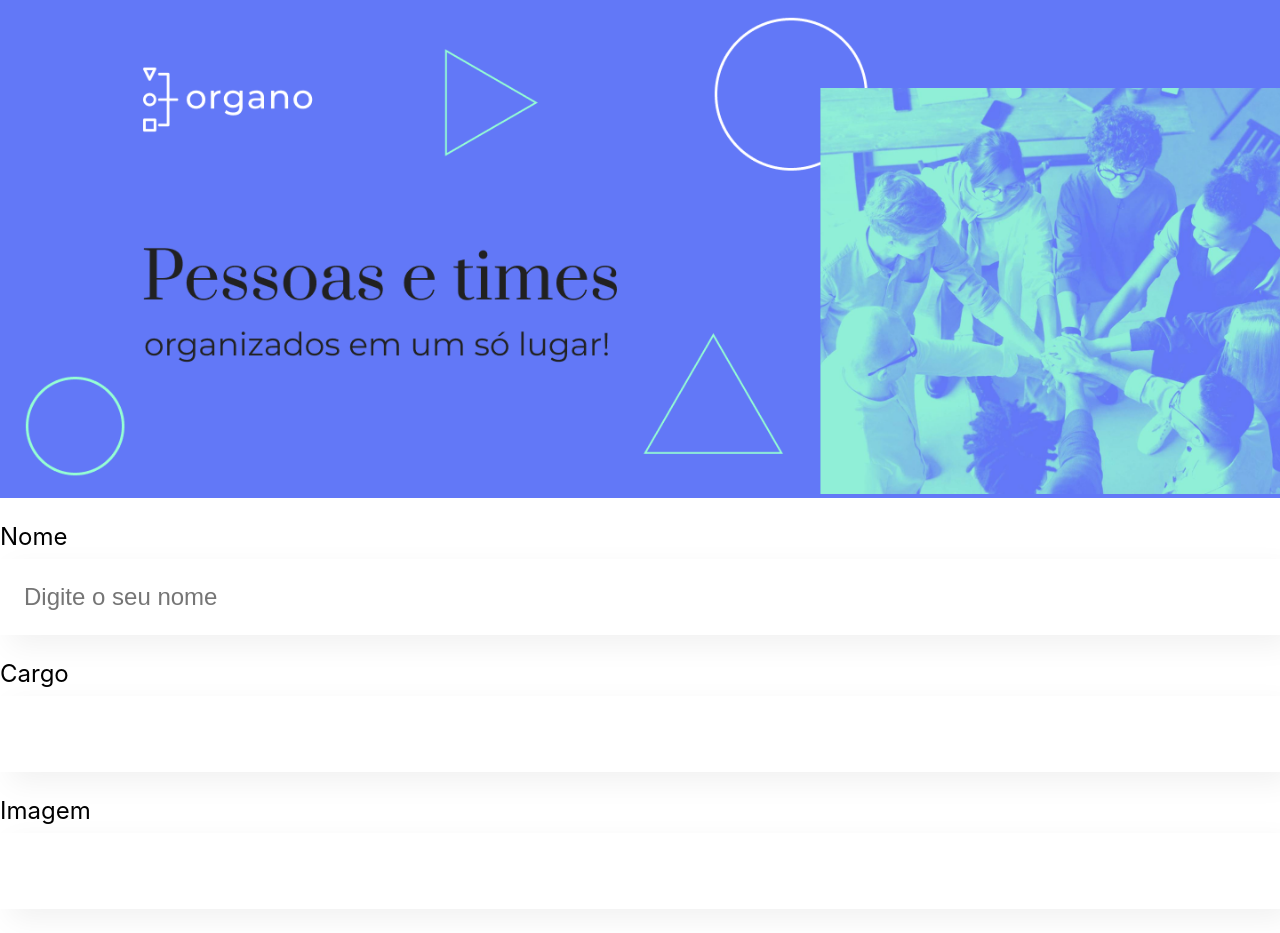
Repository: devMuriloOliveira/organo
Page: /
These files come from the project's save history. The page is drawn as it stood at one moment and after the next save; the edit follows.
The browser window is 1280 px wide. The pictures show the whole page.
The project was rebuilt for these pictures with package versions that can differ from the ones it lists, and the page was loaded fresh each time.

Above is the page before, as saved 2023-01-10 18:43:18.

After the next save:
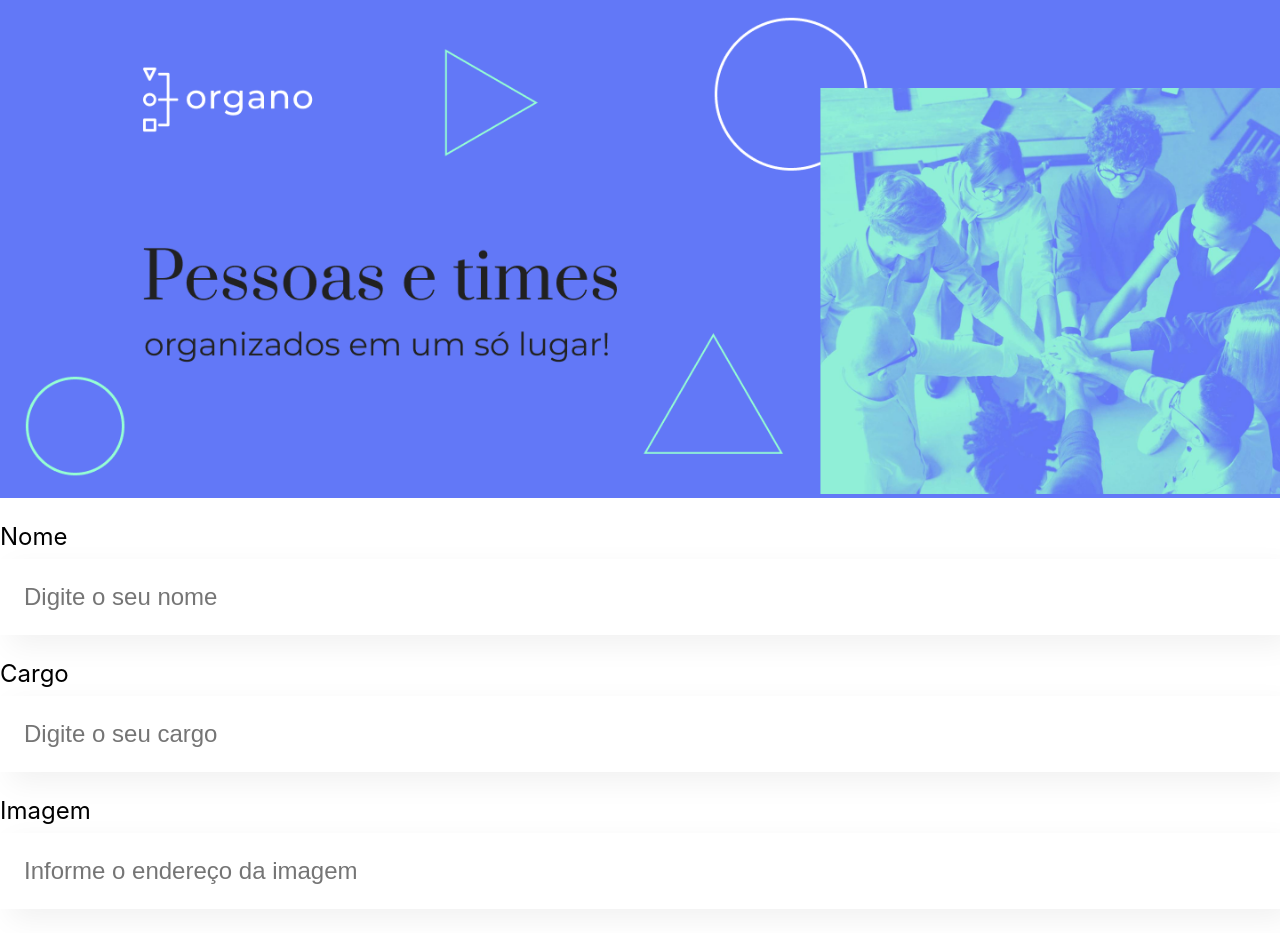
Saved 56 s later.
--- a/src/App.js
+++ b/src/App.js
@@ -7,8 +7,8 @@ function App() {
     <div className="App">
       <Banner/>
       <CampoTexto label="Nome" placeholder="Digite o seu nome"/>
-      <CampoTexto label="Cargo"/>
-      <CampoTexto label="Imagem"/>
+      <CampoTexto label="Cargo" placeholder="Digite o seu cargo"/>
+      <CampoTexto label="Imagem" placeholder="Informe o endereço da imagem"/>
 
 
     </div>
